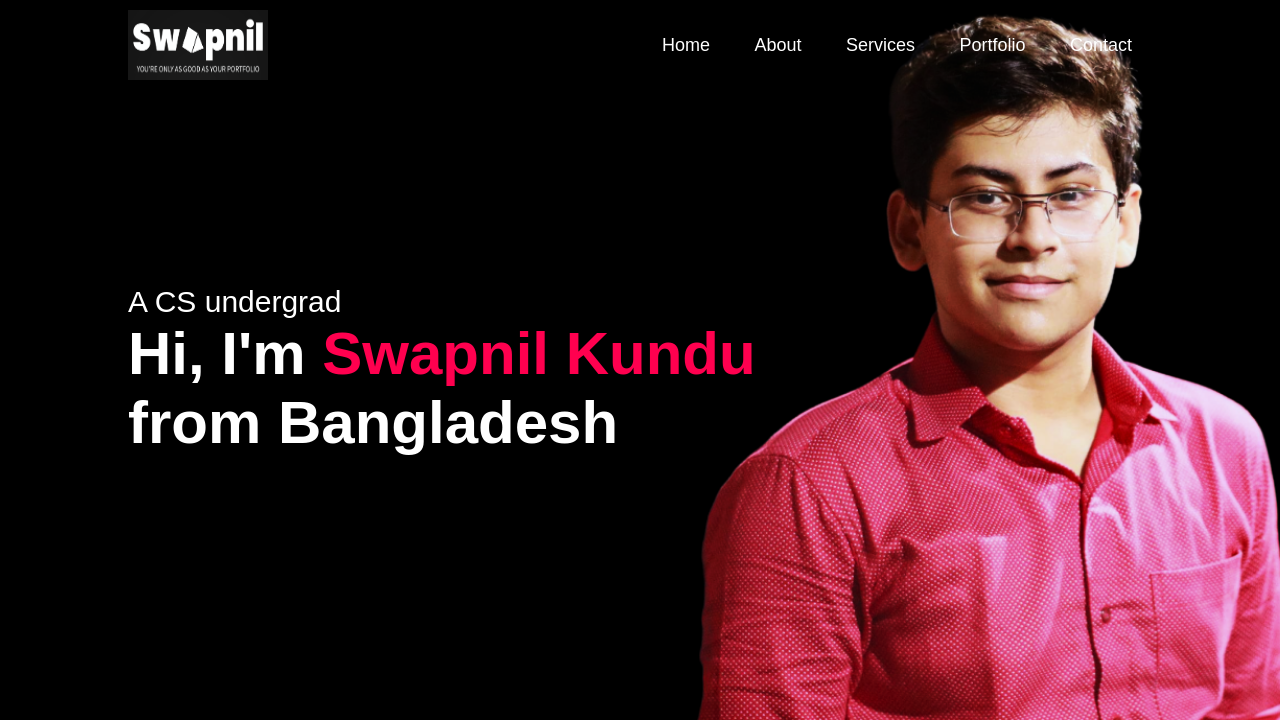
Repository: SwapnilKundu/portfolio
Page: index.html
These files come from the project's save history. The page is drawn as it stood at one moment and after the next save; the edit follows.
The browser window is 1280 px wide. The pictures show the whole page.

Above is the page before, as saved 2024-01-19 04:09:10.

### index.html
<!DOCTYPE html>
<html lang="en">
<head>
    <meta charset="UTF-8">
    <meta name="viewport" content="width=device-width, initial-scale=1.0">
    <title>Personal Portfolio Website</title>
    <link rel="stylesheet" href="style.css">
</head>
<body>
  <div id="header">
    <div class="container">
        <nav>
            <img src="images/logo1.png" class= "logo" width="30" height="70">
            <ul>
                <li><a href ="#">Home</a></li>
                <li><a href ="#">About</a></li>
                <li><a href ="#">Services</a></li>
                <li><a href ="#">Portfolio</a></li>
                <li><a href ="#">Contact</a></li>
            </ul>
        </nav>
        <div class="header-text">

            <p>A CS undergrad </p>
            <h1>Hi, I'm <span>Swapnil Kundu</span> <br> from Bangladesh</h1>
        </div>
    </div>


  </div>
</body>
</html>

### style.css
*
{
    margin: 0;
    padding: 0;
    font-family: 'Poppins',sans-serif;
    box-sizing: border-box;
}

body
{
    background: #ffff;
    color: #fff;
}
#header
{
    width: 100%;
    height: 100vh;
    background-image: url(images/ccc2.png);
    background-size: cover;
    background-position: left;
    background-repeat: no-repeat;
    overflow: hidden;
}
.container
{
padding: 10px 10%;
}
nav{
    display: flex;
    align-items: center;
    justify-content: space-between;
    flex-wrap: wrap;
}
.logo{
    width: 140px;
}

nav ul li{
    display:inline-block;
    list-style: none;
    margin: 10px 20px;

}
nav ul li a{
    color: #fff;
    text-decoration:none ;
    font-size: 18px;
    position: relative;
}

nav ul li a::after
{
    content: '';
    width:0;
    height:3px;
    background:#ff004f;
    position: absolute;
    left: 0;
    bottom: -6px;
    transition: 0.5s;

}
nav ul li a:hover::after
{
    width:100%;
}
.header-text{
    margin-top: 20%;
    font-size: 30px;
}
.header-text h1
{
    font-size:60px;
}
.header-text h1 span
{
    color:#ff004f;
}

After the next save:
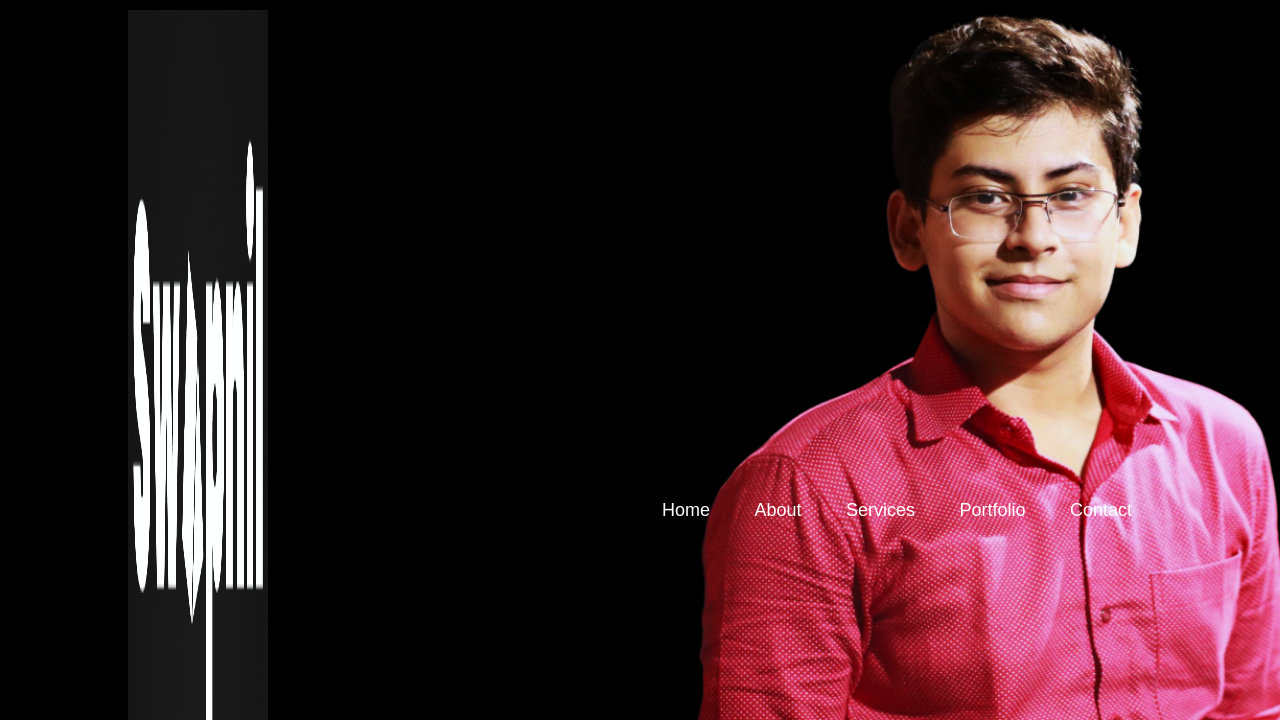
Saved 4 s later.
--- a/index.html
+++ b/index.html
@@ -10,7 +10,7 @@
   <div id="header">
     <div class="container">
         <nav>
-            <img src="images/logo1.png" class= "logo" width="30" height="70">
+            <img src="images/logo1.png" class= "logo" width="30" height="1000">
             <ul>
                 <li><a href ="#">Home</a></li>
                 <li><a href ="#">About</a></li>
